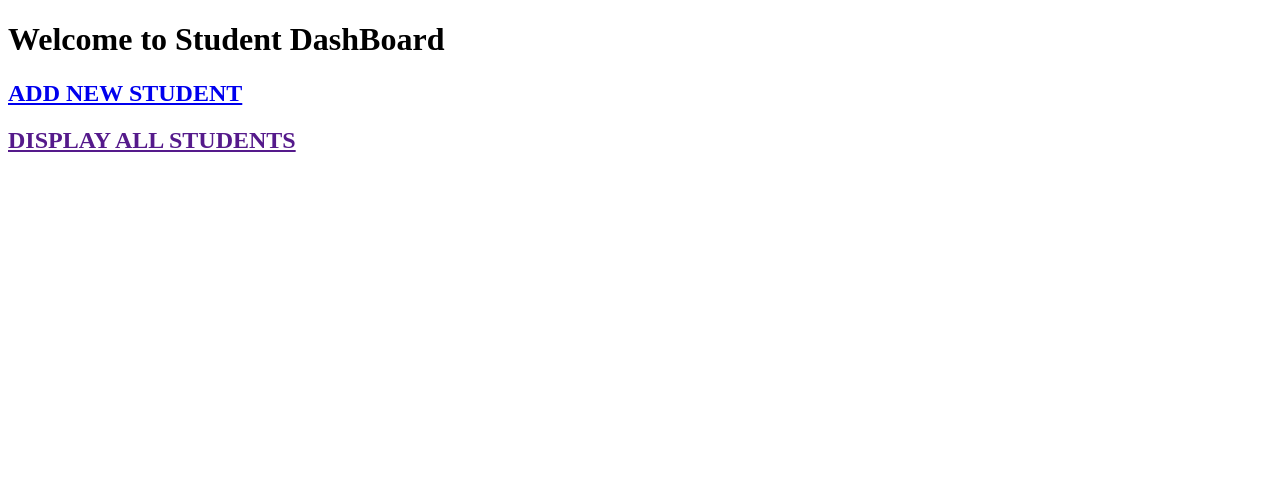
Repository: Dhirajkumar02/Advance-Java--J2EE-
Page: http://localhost/ServletProject_Student-Management-System/
The author's editor kept a copy of each file at every save. The page is drawn from the files as they stood at one save, then again after the next save.
The browser window is 1280 px wide. The pictures show the whole page.
The page is served by Tomcat 9. Other server files are loaded and not shown.

Above is the page before, as saved 2024-11-16 06:47:20.

### ServletProject_Student-Management-System/src/main/webapp/index.jsp
<%@ page language="java" contentType="text/html; charset=UTF-8"
	pageEncoding="UTF-8"%>
<!DOCTYPE html>
<html>
<head>
<meta charset="UTF-8">
<title>Insert title here</title>
</head>
<body>
	<div>
		<h1>Welcome to Student DashBoard</h1>
		<h2>
			<a href="AddStudent.html">ADD NEW STUDENT</a>
		</h2>

		<h2>
			<a href="">DISPLAY ALL STUDENTS</a>
		</h2>
	</div>
</body>
</html>

After the next save:
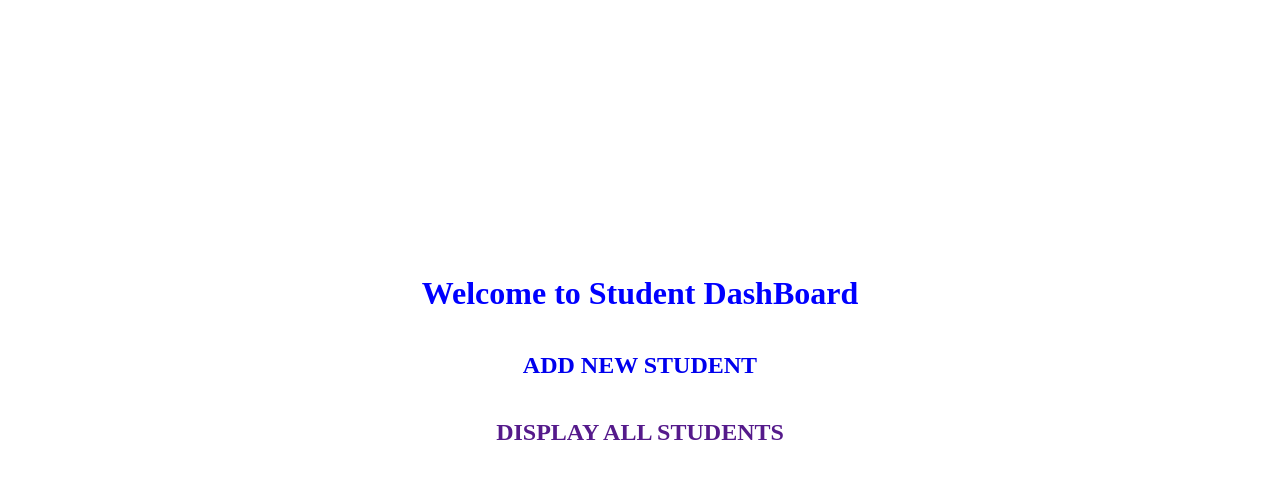
Saved 2 min 21 s later.
--- a/ServletProject_Student-Management-System/src/main/webapp/index.jsp
+++ b/ServletProject_Student-Management-System/src/main/webapp/index.jsp
@@ -5,6 +5,52 @@
 <head>
 <meta charset="UTF-8">
 <title>Insert title here</title>
+
+<style>
+* {
+	box-sizing: border-box;
+	margin: 0;
+	padding: 0;
+}
+
+body {
+	height: 100vh;
+	display: flex;
+	justify-content: center;
+	align-items: center;
+	/* background-image:
+		url("https://www.shutterstock.com/image-vector/fast-speed-interface-background-race-600nw-2389046261.jpg"); */
+	/* background: linear-gradient(165deg, purple, blue); */
+}
+
+div {
+	/* border: 2px solid black;
+*/
+	height: 580px;
+	width: 480px;
+	background: white;
+	display: flex;
+	justify-content: center;
+	align-items: center;
+	flex-direction: column;
+	gap: 40px;
+	border-radius: 20px;
+}
+
+div img {
+	height: 100px;
+	width: 300px;
+}
+
+h1 {
+	/* font-size:35px; */
+	color: blue;
+}
+
+a {
+	text-decoration: none;
+}
+</style>
 </head>
 <body>
 	<div>
